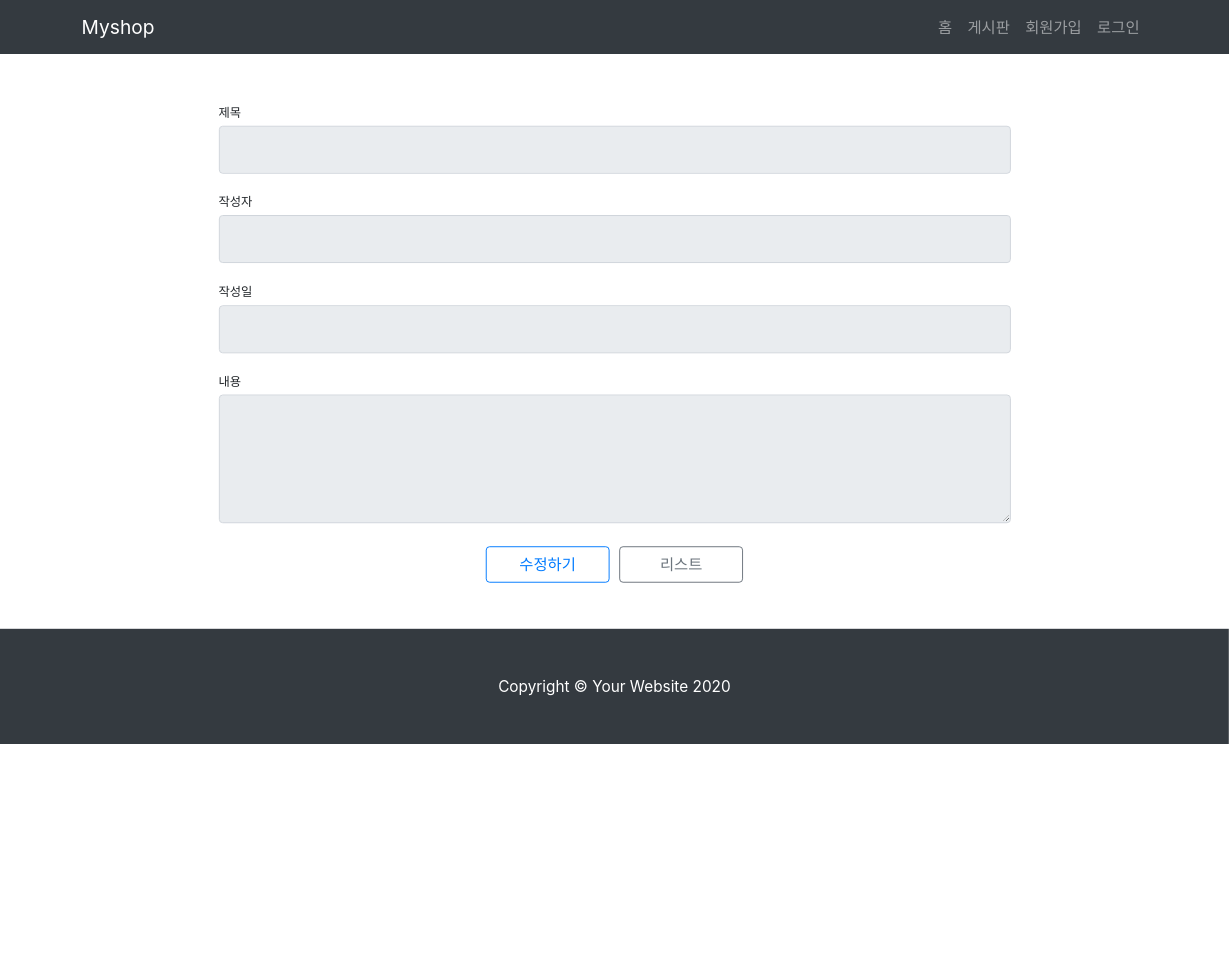
Repository: KimBiYam/ShoppingMallProject
Page: http://localhost/MyShop/WEB-INF/views/board/get.jsp
These files come from the project's save history. The page is drawn as it stood at one moment and after the next save; the edit follows.
The browser window is 1280 px wide. The pictures show the whole page, at 96% of full size.
The page is served by Tomcat 9. Nobody is signed in. Other server files are loaded and not shown. The template is opened directly, without the code that normally fills it, so the values that code supplies are empty.

Above is the page before, as saved 2020-04-18 08:52:38.

### MyShop/src/main/webapp/WEB-INF/views/board/get.jsp
<%@ page language="java" contentType="text/html; charset=UTF-8"
	pageEncoding="UTF-8"%>
<%@taglib prefix="c" uri="http://java.sun.com/jsp/jstl/core" %>
<%@taglib prefix="sec" uri="http://www.springframework.org/security/tags" %>
<%@taglib prefix="fmt" uri="http://java.sun.com/jsp/jstl/fmt" %>
<!DOCTYPE html>
<html lang="en">
<head>
	<meta charset="utf-8">
	<meta name="viewport" content="width=device-width, initial-scale=1, shrink-to-fit=no">
	<meta name="description" content="">
	<meta name="author" content="">

	<title>글쓰기</title>
</head>

<body>
<jsp:include page="../header.jsp"/>
  <!-- Page Content -->
	<div class="container">
		<div class="row justify-content-center">
			<div class="col-lg-9 my-5">
					<input type="hidden" name="type" value="${board.type }">
					<input type="hidden" name="bnum " value="${board.bnum }">
					<input type="hidden" name="${_csrf.parameterName }" value="${_csrf.token }">
					<div class="form-group">
						<label class="small mb-1" for="itle">제목</label> <input class="form-control py-4" name="title" id="title" type="text" value="${board.title }" readonly="readonly" />
					</div>
					<div class="form-group">
						<label class="small mb-1" for="userid">작성자</label> <input
							class="form-control py-4" name="writer" id="writer" type="text" value='${board.userid }' readonly="readonly" />
					</div>
					<div class="form-group">
						<label class="small mb-1" for="regdate">작성일</label> <input
							class="form-control py-4" name="regdate" id="regdate" type="text" value='<fmt:formatDate value="${board.regdate }" pattern="yyyy-MM-dd"/>' readonly="readonly" />
					</div>
					<div class="form-group">
						<label class="small mb-1" for="content">내용</label>
						<textarea class="form-control" rows="5" name="content" id="content" readonly="readonly">${board.content }</textarea>
					</div>
					<div class="form-group mt-4 mb-0">
						<div class="form-row justify-content-center">
							<div class="col-md-2">
								<button class="btn btn-outline-primary btn-block" id="btnWrite">수정하기</button>
							</div>
							<div class="col-md-2">
								<a class="btn btn-outline-secondary btn-block" href="/myshop/board/list?type=${board.type }">리스트</a>
							</div>
						</div>
					</div>
			</div>
		</div>

	</div>
	<!-- /.container -->
  <jsp:include page="../footer.jsp"></jsp:include>

</body>

</html>

### MyShop/src/main/webapp/WEB-INF/views/header.jsp
<%@ page language="java" contentType="text/html; charset=UTF-8"
    pageEncoding="UTF-8"%>
<%@taglib prefix="sec" uri="http://www.springframework.org/security/tags" %>
<%@taglib prefix="c" uri="http://java.sun.com/jsp/jstl/core" %>
<!DOCTYPE html>
	<!-- Bootstrap core CSS -->
	<link href="/myshop/resources/vendor/bootstrap/css/bootstrap.min.css" rel="stylesheet">
	<!-- Custom styles for this template -->
	<link href="/myshop/resources/css/shop-homepage.css" rel="stylesheet">
	<!-- Bootstrap core JavaScript -->
	<script src="/myshop/resources/vendor/jquery/jquery.min.js"></script>
	<script src="/myshop/resources/vendor/bootstrap/js/bootstrap.bundle.min.js"></script>
	<script src="https://t1.daumcdn.net/mapjsapi/bundle/postcode/prod/postcode.v2.js"></script>
	<script src="/myshop/resources/js/member.js"></script>

  <!-- Navigation -->
  <nav class="navbar navbar-expand-lg navbar-dark bg-dark fixed-top">
    <div class="container">
      <a class="navbar-brand" href="/myshop">Myshop</a>
      <button class="navbar-toggler" type="button" data-toggle="collapse" data-target="#navbarResponsive" aria-controls="navbarResponsive" aria-expanded="false" aria-label="Toggle navigation">
        <span class="navbar-toggler-icon"></span>
      </button>
      <div class="collapse navbar-collapse" id="navbarResponsive">
        <ul class="navbar-nav ml-auto">
          <li class="nav-item">
            <a class="nav-link" href="/myshop">홈
            </a>
          </li>
          <li class="nav-item">
            <a class="nav-link" href="#">게시판</a>
          </li>
          <sec:authorize access="isAnonymous()">
          <li class="nav-item">
            <a class="nav-link" href="javascript:join()">회원가입</a>
          </li>
          <li class="nav-item">
            <a class="nav-link" href="javascript:login()">로그인</a>
          </li>
          </sec:authorize>
          <sec:authorize access="isAuthenticated()">
          <li class="nav-item">
            <a class="nav-link" href="#">마이페이지</a>
          </li>
          <li class="nav-item">
          <form id="logoutForm" action="/myshop/logout" method="post">
          <input type="hidden" name="${_csrf.parameterName }" value="${_csrf.token }">
          </form>
            <a class="nav-link" href="javascript:logout()">로그아웃</a>
          </li>
          </sec:authorize>
        </ul>
      </div>
    </div>
  </nav>
<!-- #joinModal -->
<div class="modal fade" id="joinModal" tabindex="-1" role="dialog"
	aria-labelledby="myModalLabel" aria-hidden="true">
	<div class="modal-dialog">
		<div class="modal-content">
			<div class="modal-header justify-content-center font-weight-light my-4">
				<h3 class="modal-title" id="myModalLabel">회원가입</h3>
			</div>
			<div class="modal-body">
	            <form id="joinForm" action="/myshop/user/join" method="post">
	            <input type="hidden" name="${_csrf.parameterName }" value="${_csrf.token }">
	            <input type="hidden" name="addr" id="addr">
	            <input type="hidden" name="idcheck" id="idcheck" value="0">
	                <div class="form-group">
	              	  <label class="small mb-1" for="joinid">ID</label>
					  <div class="input-group">
	              	  	<input class="form-control input-group-prepend joinInput" name="userid" id="joinid" type="text" placeholder="아이디를 입력하세요" />
	               	 	<button type="button" id="idcheckBtn" class="btn btn-outline-info input-group-append">중복체크</button>
		              </div>
	                </div>
	                <div class="form-group">
		                <label class="small mb-1" for="joinpw">Password</label>
		                <input class="form-control joinInput" name="userpw" id="joinpw" type="password" placeholder="패스워드를 입력하세요" />
	                </div>
	                <div class="form-group">
		                <label class="small mb-1" for="userpw">Password 확인</label>
		                <input class="form-control joinInput" id="pwdcheck" type="password" placeholder="패스워드를 입력하세요" />
	                </div>
   	                <div class="form-group">
		                <label class="small mb-1" for="username">이름</label>
		                <input class="form-control joinInput" name="username" id="username" type="text" placeholder="이름을 입력하세요" />
	                </div>
	                <div class="form-group">
		                <label class="small mb-1" for="tel">전화번호</label>
		                <input class="form-control joinInput" name="tel" id="tel" type="tel" maxlength="13" placeholder="전화번호를 입력하세요" />
	                </div>
  	                <div class="form-group">
		                <label class="small mb-1" for="email">이메일</label>
		                <input class="form-control joinInput" name="email" id="email" type="email" placeholder="이메일을 입력하세요" />
	                </div>
					<div class="form-group">
						<label class="small mb-1">우편번호</label>
						<input class="form-control joinInput" style="width: 30%" type="text" name="zipcode" id="zipcode" readonly="readonly">
					</div>
					<div class="form-group">
						<label class="small mb-1">주소</label>
						<div class="input-group">
							<input class="form-control input-group-prepend joinInput" type="text" id="addrView" readonly="readonly">
							<button type="button" id="addrBtn" class="btn btn-outline-primary input-group-apeend">주소 검색</button>
						</div>
					</div>
  	                <div class="form-group">
		                <label class="small mb-1" for="addrDetail">상세주소</label>
		                <input class="form-control joinInput" name="addrDetail" id="addrDetail" type="text" placeholder="상세주소를 입력하세요" />
	                </div>
   	                <div class="form-group">
		                <label class="small mb-1" for="role">관리자 코드</label>
		                <input class="form-control joinInput" name="admincode" id="admincode" type="text" placeholder="관리자가 되려면 코드를 입력하세요" />
	                </div>
	                <div class="form-group mt-4 mb-0">
	                	<button type="button" class="btn btn-primary float-right" id="joinBtn">회원가입</button>
	                </div>
	            </form>
			</div>
		</div>
		<!-- /.modal-content -->
	</div>
	<!-- /.modal-dialog -->
</div>
<!-- /#joinModal -->
<!-- #loginModal -->
<div class="modal fade" id="loginModal" tabindex="-1" role="dialog"
	aria-labelledby="myModalLabel" aria-hidden="true">
	<div class="modal-dialog">
		<div class="modal-content">
			<div class="modal-header justify-content-center font-weight-light my-4">
				<h3 class="modal-title" id="myModalLabel">로그인</h3>
			</div>
			<div class="modal-body">
	            <form id="loginForm" action="/myshop/login" method="post">
	            <input type="hidden" name="${_csrf.parameterName }" value="${_csrf.token }">
	            <input type="hidden" name="idcheck" id="idcheck" value="0">
	                <div class="form-group">
	              	  <label class="small mb-1" for="userid">ID</label>
					  <div class="input-group">
	              	  	<input class="form-control input-group-prepend" name="username" id="loginid" type="text" placeholder="아이디를 입력하세요" />
		              </div>
	                </div>
	                <div class="form-group">
		                <label class="small mb-1" for="userpw">Password</label>
		                <input class="form-control" name="password" id="loginpw" type="password" placeholder="패스워드를 입력하세요" />
	                </div>
                	<div class="form-group">
                       <div class="custom-control custom-checkbox">
                       	<input class="custom-control-input" name="remember-me" id="remember-me" type="checkbox" />
                        <label class="custom-control-label" for="remember-me">자동 로그인</label>
                       </div>
              		</div>
	                <div class="form-group mt-4 mb-0">
	                	<button type="button" class="btn btn-primary float-right" id="loginBtn">로그인</button>
	                </div>
	                <c:if test="${not empty SPRING_SECURITY_LAST_EXCEPTION}">
					    <font color="red">
					        ${sessionScope["SPRING_SECURITY_LAST_EXCEPTION"].message}
					        <c:remove var="SPRING_SECURITY_LAST_EXCEPTION" scope="session"/>
					    </font>
					</c:if>
	            </form>
			</div>
		</div>
		<!-- /.modal-content -->
	</div>
	<!-- /.modal-dialog -->
</div>
<!-- /#loginModal -->

### MyShop/src/main/webapp/WEB-INF/views/footer.jsp
<%@ page language="java" contentType="text/html; charset=UTF-8"
    pageEncoding="UTF-8"%>
<!DOCTYPE html>
  <!-- Footer -->
  <footer class="py-5 bg-dark">
    <div class="container">
      <p class="m-0 text-center text-white">Copyright &copy; Your Website 2020</p>
    </div>
    <!-- /.container -->
  </footer>

### MyShop/src/main/webapp/resources/js/member.js
//회원가입 폼
function join() {
	$(".joinInput").val("");
	$("#joinModal").modal("show");
	$("#joinid").removeAttr("readonly");
	$("#idcheck").val("0");
}
//로그인 폼
function login() {
	$("#loginid").val("");
	$("#loginpw").val("");
	$("#loginModal").modal("show");
}
//로그아웃 버튼
function logout(){
	alert("로그아웃 되었습니다");
	$("#logoutForm").submit();
}

$(function() {
//	이메일 정규식
var regemail=/^[-A-Za-z0-9_]+[-A-Za-z0-9_.]*[@]{1}[-A-Za-z0-9_]+[-A-Za-z0-9_.]*[.]{1}[A-Za-z]{1,5}$/;
var regtel = /^(01[016789]{1}|02|0[3-9]{1}[0-9]{1})-?[0-9]{3,4}-?[0-9]{4}$/;

//	아이디 한글 입력 방지
	$("#joinid").on("blur keyup",function(){
		$(this).val($(this).val().replace(/[ㄱ-ㅎ|ㅏ-ㅣ|가-힣]/g,''));
	})
	$("#loginid").on("blur keyup",function(){
		$(this).val($(this).val().replace(/[ㄱ-ㅎ|ㅏ-ㅣ|가-힣]/g,''));
	})
//	전화번호 자동 하이픈
	$('#tel').keydown(function(event) {
	    var key = event.charCode || event.keyCode || 0;
	    $text = $(this);
	    if (key !== 8 && key !== 9) {
	        if ($text.val().length === 3) {
	            $text.val($text.val() + '-');
	        }
	        if ($text.val().length === 8) {
	            $text.val($text.val() + '-');
	        }
	    }

	    return (key == 8 || key == 9 || key == 46 || (key >= 48 && key <= 57) || (key >= 96 && key <= 105));
	});

//	이름 한글만 입력
	$("#username").on("blur keyup",function(){
		$(this).val($(this).val().replace(/[a-z0-9]|[ \[\]{}()<>?|`~!@#$%^&*-_+=,.;:\"'\\]/g,''));
	})

	// 회원가입
	$("#joinBtn").on("click", function() {
		if ($("#joinnid").val() == "") {
			alert("아이디를 입력하세요");
			$("#joinnid").focus();
			return false;
		}
		if ($("#joinpw").val() == "") {
			alert("패스워드를 입력하세요");
			$("#joinpw").focus();
			return false;
		}
		if ($("#pwdcheck").val() == "") {
			alert("패스워드 확인을 입력하세요");
			$("#pwdcheck").focus();
			return false;
		}
		if ($("#username").val() == "") {
			alert("이름을 입력하세요");
			$("#username").focus();
			return false;
		}
		if ($("#tel").val() == "") {
			alert("전화번호를 입력하세요");
			$("#tel").focus();
			return false;
		}
		if ($("#email").val() == "") {
			alert("이메일을 입력하세요");
			$("#email").focus();
			return false;
		}
		if ($("#addrView").val() == "") {
			alert("주소를 검색하세요");
			return false;
		}
		if ($("#addrDetail").val() == "") {
			alert("상세주소를 입력하세요");
			$("#addrDetail").focus();
			return false;
		}

		if ($("#idcheck").val() == "0") {
			alert("아이디 중복체크를 하세요");
			return false;
		}
		if ($("#joinpw").val() != $("#pwdcheck").val()) {
			alert("패스워드가 틀렸습니다");
			$("#joinpw").val("");
			$("#pwdcheck").val("");
			$("#joinpw").focus();
			return false;
		}
		if(!regtel.exec($("#tel").val())){
			alert("전화번호 양식이 틀렸습니다");
			$("#tel").val("");
			$("#tel").focus();
			return false;
		}
		if(!regemail.exec($("#email").val())){
			alert("이메일 양식이 틀렸습니다");
			$("#email").val("");
			$("#email").focus();
			return false;
		}

		var addr = $("#addrView").val() + " " + $("#addrDetail").val();
		$("#addr").val(addr);

		$("#joinForm").submit();
		alert("회원가입이 완료 되었습니다!");
	});

	$("#idcheckBtn").click(function() {
		if ($("#joinid").val() == "") {
			alert("ID를 입력해주세요");
			$("#registerid").focus();
			return false;
		}
		if ($("#idcheck").val() == "1") {
			$("#joinid").removeAttr("readonly");
			$("#joinid").val("");
			$("#idcheck").val("0");
			return false;
		}
		$.get("/myshop/user/idcheck", {
			"userid" : $("#joinid").val()
		}, function(data) {
			if (data == "no"){
				alert("이미 가입된 아이디 입니다");
				$("#joinid").val("");
				$("#joinid").focus();
			}
			if (data == "yes") {
				alert("사용 가능한 아이디 입니다");
				$("#joinid").attr("readonly", "readonly");
				$("#idcheck").val("1");
			}


		})
	});

	// 카카오 주소 API 팝업
	$("#addrBtn").on(
			"click",
			function() {
				new daum.Postcode(
						{
							oncomplete : function(data) {
								// 팝업에서 검색결과 항목을 클릭했을때 실행할 코드를 작성하는 부분.

								// 각 주소의 노출 규칙에 따라 주소를 조합한다.
								// 내려오는 변수가 값이 없는 경우엔 공백('')값을 가지므로, 이를 참고하여 분기
								// 한다.
								var addr = ''; // 주소 변수
								var extraAddr = ''; // 참고항목 변수

								// 사용자가 선택한 주소 타입에 따라 해당 주소 값을 가져온다.
								if (data.userSelectedType === 'R') { // 사용자가
																		// 도로명
																		// 주소를
																		// 선택했을
																		// 경우
									addr = data.roadAddress;
								} else { // 사용자가 지번 주소를 선택했을 경우(J)
									addr = data.jibunAddress;
								}

								// 사용자가 선택한 주소가 도로명 타입일때 참고항목을 조합한다.
								if (data.userSelectedType === 'R') {
									// 법정동명이 있을 경우 추가한다. (법정리는 제외)
									// 법정동의 경우 마지막 문자가 "동/로/가"로 끝난다.
									if (data.bname !== ''
											&& /[동|로|가]$/g.test(data.bname)) {
										extraAddr += data.bname;
									}
									// 건물명이 있고, 공동주택일 경우 추가한다.
									if (data.buildingName !== ''
											&& data.apartment === 'Y') {
										extraAddr += (extraAddr !== '' ? ', '
												+ data.buildingName
												: data.buildingName);
									}
									// 표시할 참고항목이 있을 경우, 괄호까지 추가한 최종 문자열을 만든다.
									if (extraAddr !== '') {
										extraAddr = ' (' + extraAddr + ')';
									}
									// 조합된 참고항목을 해당 필드에 넣는다.
									// document.getElementById("sample6_extraAddress").value
									// = extraAddr;

								} else {
									// document.getElementById("sample6_extraAddress").value
									// = '';
								}

								// 우편번호와 주소 정보를 해당 필드에 넣는다.
								$("#zipcode").val(data.zonecode);
								$("#addrView").val(addr);
								// 커서를 상세주소 필드로 이동한다.
								$("#addrDetail").focus();
							}
						}).open();
			});

	// 로그인
	$("#loginBtn").on("click", function() {
		if ($("#loginid").val() == "") {
			alert("아이디를 입력하세요");
			$("#loginid").focus();
			return false;
		}
		if ($("#loginpw").val() == "") {
			alert("패스워드를 입력하세요");
			$("#loginpw").focus();
			return false;
		}
		$("#loginForm").submit();
	});

})

Loaded but not shown: MyShop/src/main/webapp/resources/css/shop-homepage.css (common file)

After the next save:
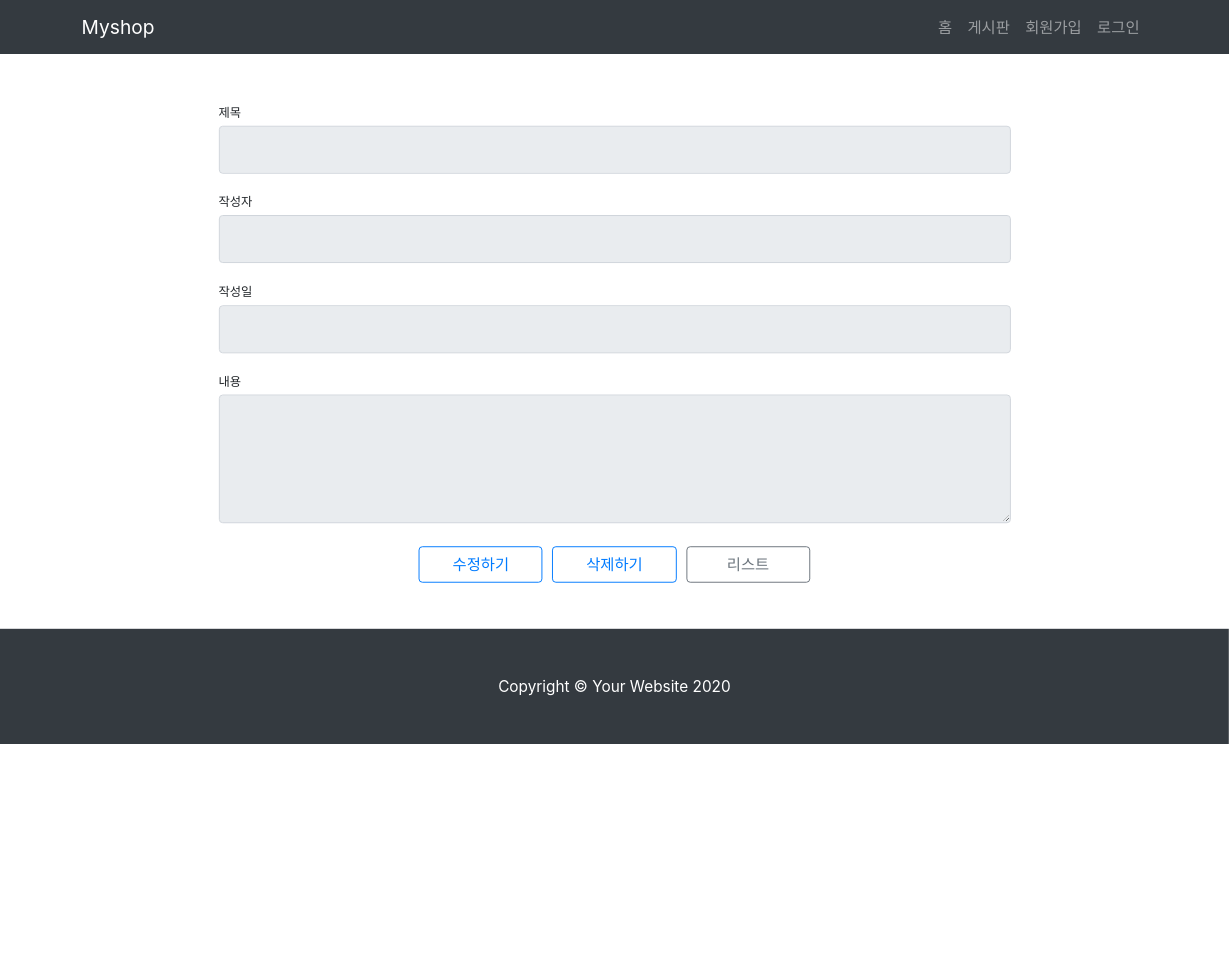
Saved 10 s later.
--- a/MyShop/src/main/webapp/WEB-INF/views/board/get.jsp
+++ b/MyShop/src/main/webapp/WEB-INF/views/board/get.jsp
@@ -44,6 +44,9 @@
 								<button class="btn btn-outline-primary btn-block" id="btnWrite">수정하기</button>
 							</div>
 							<div class="col-md-2">
+								<button class="btn btn-outline-primary btn-block" id="btnWrite">삭제하기</button>
+							</div>
+							<div class="col-md-2">
 								<a class="btn btn-outline-secondary btn-block" href="/myshop/board/list?type=${board.type }">리스트</a>
 							</div>
 						</div>
